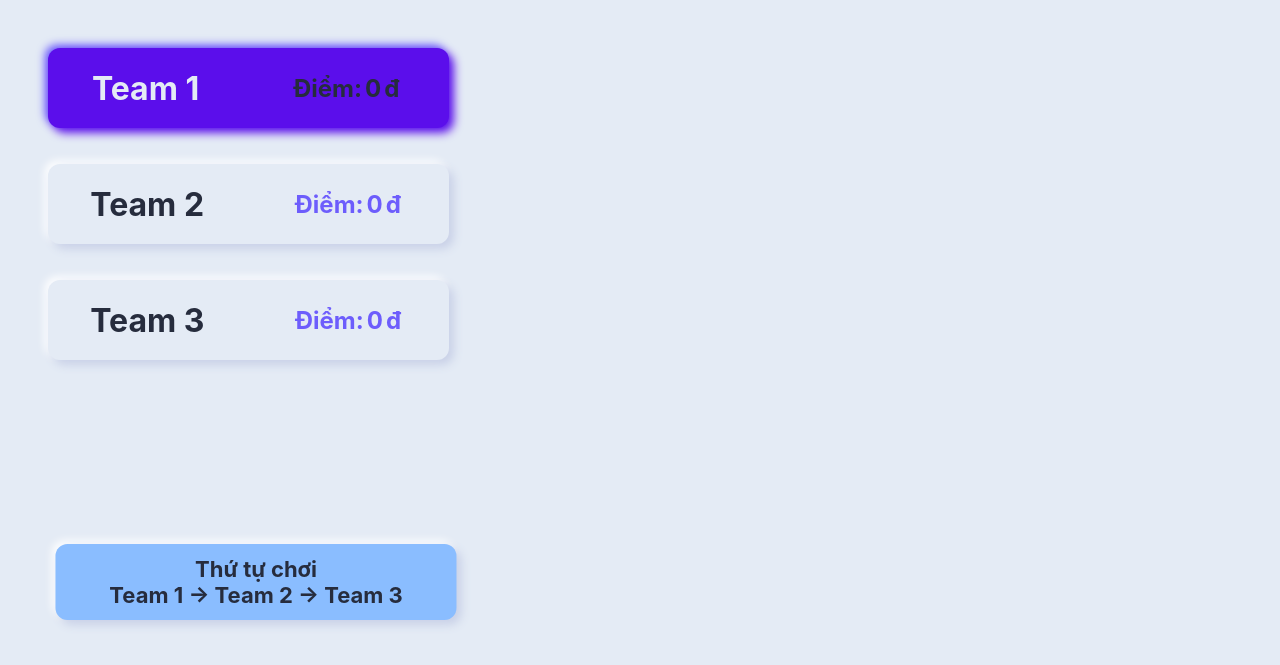
Repository: tinh2044/quzzi_game
Page: /
An editor plug-in stored every save of this project. The page is shown before and after a run of saves, followed by the edit.
The browser window is 1280 px wide. The pictures show the whole page.
The project was rebuilt for these pictures with package versions that can differ from the ones it lists, and the page was loaded fresh each time. Also part of the build but not shown: src/components/Notification.jsx, src/components/AnswerItem.jsx, src/components/Question.jsx, src/components/SortTeam.jsx.

Above is the page before, as saved 2022-12-15 09:21:43.

### src/index.js
import React from 'react';
import ReactDOM from 'react-dom/client';
import './index.css';
import App from './App';
import reportWebVitals from './reportWebVitals';

const root = ReactDOM.createRoot(document.getElementById('root'));
root.render(
  // <React.StrictMode>
  <App />,
  {/* </React.StrictMode> */ }
);

// If you want to start measuring performance in your app, pass a function
// to log results (for example: reportWebVitals(console.log))
// or send to an analytics endpoint. Learn more: https://bit.ly/CRA-vitals
reportWebVitals();

### src/App.css
:root {
    --primary-light: #8abdff;
    --primary: #6d5dfc;
    --primary-dark: #5b0eeb;
    --white: #ffffff;
    --greyLight-1: #e4ebf5;
    --greyLight-2: #c8d0e7;
    --greyLight-3: #bec8e4;
    --greyDark: #9baacf;
    --cl-text: #262c3d;
}
#root {
    height: 100%;
}

body {
    overflow: hidden;
    height: 100vh;
    user-select: none;
}
.App {
    height: 100%;
}
.home {
    position: relative;
    width: 100%;
    height: 100%;
    background: var(--greyLight-1);
    display: flex;
    box-shadow: 0.8rem 0.8rem 1.4rem var(--greyLight-2), -0.2rem -0.2rem 1.8rem var(--white);
}

.team {
    width: 35%;
    height: 100%;
    position: relative;
    padding: 0 12px;
    animation: FadeToLeft 0.8s linear;
}

.team_item {
    position: absolute;
    top: 12px;
    height: 80px;
    width: 85%;
    display: flex;
    align-items: center;
    justify-content: space-around;
    margin: 36px;
    transition: all 0.8s linear;
    border-radius: 12px;
    box-shadow: 0.3rem 0.3rem 0.6rem var(--greyLight-2), -0.2rem -0.2rem 0.5rem var(--white);
    background: #ffffff00;
    color: var(--cl-text);
}
.team_item:nth-child(2) {
    animation-duration: 1.5s;
}
.team_item:nth-child(3) {
    animation-duration: 2.5s;
}
.point {
    display: flex;
    align-items: center;
    color: var(--primary);
    font-weight: bold;
    font-size: 24px;
    margin: 0 3px;
}
.number,
.team_item p {
    margin: 0 3px;
}
.order-team {
    position: absolute;
    left: 50%;
    transform: translateX(-45%);
    bottom: 100px;
    width: 85%;
    padding: 12px 0;
    border-radius: 12px;
    box-shadow: 0.3rem 0.3rem 0.6rem var(--greyLight-2), -0.2rem -0.2rem 0.5rem var(--white);
    background: var(--primary-light);
    font-size: 22px;
    font-weight: bold;
    color: var(--cl-text);
    display: flex;
    flex-direction: column;
    align-items: center;
    justify-content: center;
}
.order-team p {
    margin: 0;
}
.active {
    background: var(--primary-dark);
    color: var(--greyLight-1);
    box-shadow: 0.3rem 0.3rem 0.6rem var(--primary-dark), -0.2rem -0.2rem 0.5rem var(--primary);
}
.active .point,
.active .number {
    color: var(--cl-text);
}
.question {
    width: 50%;
    flex: 1;
    padding: 24px;
}
.question h1 {
    box-shadow: 0.3rem 0.3rem 0.6rem var(--greyLight-2), -0.2rem -0.2rem 0.5rem var(--white);
    border-radius: 12px;
    padding: 4px;
    text-align: center;
    animation: FadeToTop 3s cubic-bezier(0.075, 0.82, 0.165, 1);
}

.answer {
    display: flex;
    flex-wrap: wrap;
    justify-content: space-between;
    padding: 24px;
}
.answer-item {
    width: 40%;
    background: var(--greyLight-3);
    padding: 10px;
    border-radius: 8px;
    transition: background 0.3s linear, opacity 1s ease-out, transform 0.3s linear;
    cursor: pointer;

    box-shadow: 0.3rem 0.3rem 0.6rem var(--greyLight-2), -0.2rem -0.2rem 0.5rem var(--white);
}
.answer-item:hover {
    background: var(--primary-light);
    transform: scale(1.1);
}

.A,
.C {
    animation: FadeToLeft 1s cubic-bezier(0.25, 0.46, 0.45, 0.94);
}

.B,
.D {
    animation: FadeToRight 1s cubic-bezier(0.25, 0.46, 0.45, 0.94);
}
.C,
.D {
    animation-duration: 1.8s;
}

.incorrect {
    background-color: #f44336 !important;
    opacity: 0;
    transition: background 0.3s linear, opacity 1s ease-out, transform 0.8s linear;
    transform: scale(0) !important;
}
.correct {
    background-color: #4caf50 !important;
    transform: scale(1.15);
}
.correct:hover {
    transform: scale(1.15);
}

.note {
    min-height: 36px;
    margin-top: 54px;
    animation: FadeToBottom 4s cubic-bezier(0.075, 0.82, 0.165, 1);
    background: var(--greyLight-1);
    box-shadow: 0.3rem 0.3rem 0.6rem var(--greyLight-2), -0.2rem -0.2rem 0.5rem var(--white);
    padding: 8px;
    border-radius: 12px;
    position: relative;
}

.note p {
    margin: 0;
    font-size: 32px;
    font-weight: bold;
    color: #40485a;
    text-align: center;
}

.overlay {
    width: 100%;
    height: 100%;
    display: flex;
    align-items: center;
    justify-content: center;
}

.sort-team {
    width: 50%;
    height: 40%;
    display: flex;
    flex-direction: column;
    align-items: center;
    background-color: var(--greyLight-1);
    border-radius: 1rem;
    box-shadow: 0.3rem 0.3rem 0.6rem var(--greyLight-2), -0.2rem -0.2rem 0.5rem var(--greyLight-2);
    padding: 12px;
    padding-top: 36px;
    animation: Scale 2s cubic-bezier(0.19, 1, 0.22, 1);
}
.sort-team label {
    width: 80%;
    box-shadow: 0.3rem 0.3rem 0.6rem var(--greyLight-2), -0.2rem -0.2rem 0.5rem var(--greyLight-2);
    padding: 8px;
    font-size: 24px;
    font-weight: bold;
    color: var(--cl-text);
    border-radius: 8px;
    text-align: center;
    cursor: pointer;
}

.sort-team #input {
    height: 42px;
    width: 85%;
    margin: 24px;
    border: none;
    border-radius: 16px;
    font-size: 1.3rem;
    padding-left: 12px;
    box-shadow: inset 0.2rem 0.2rem 0.5rem var(--greyLight-2), inset -0.2rem -0.2rem 0.5rem var(--white);
    color: var(--greyDark);
}
input:focus {
    border: none;
    outline: none;
}

.button-submit {
    width: 35%;
    display: flex;
    align-items: center;
    justify-content: center;
    border-radius: 1rem;
    font-size: 1.5rem;
    padding: 8px 4px;
    color: var(--cl-text);
    font-weight: bold;
    box-shadow: 0.3rem 0.3rem 0.6rem var(--greyLight-2), -0.2rem -0.2rem 0.5rem var(--greyLight-2);
    transition: all 0.3s cubic-bezier(0.47, 0, 0.745, 0.715);
    cursor: pointer;
}
.button-submit:hover {
    transform: scale(1.2);
    box-shadow: 0.3rem 0.3rem 0.6rem var(--greyDark), -0.2rem -0.2rem 0.5rem var(--greyDark);
}
@keyframes FadeToTop {
    0% {
        transform: translateY(-42px);
        opacity: 0;
    }
    100% {
        transform: translateY(0px);
        opacity: 1;
    }
}
@keyframes FadeToBottom {
    0% {
        transform: translateY(100px);
        opacity: 0;
    }
    100% {
        transform: translateY(0px);
        opacity: 1;
    }
}
@keyframes FadeToLeft {
    0% {
        transform: translateX(-100px);
        opacity: 0;
    }
    100% {
        transform: translateY(0px);
        opacity: 1;
    }
}
@keyframes FadeToRight {
    0% {
        transform: translateX(100px);
        opacity: 0;
    }
    100% {
        transform: translateY(0px);
        opacity: 1;
    }
}
@keyframes Scale {
    0% {
        transform: scale(0.3);
        opacity: 0;
    }
    100% {
        transform: scale(1);
        opacity: 1;
    }
}

### src/components/Home.jsx
import React, { useCallback, useLayoutEffect, useState } from 'react'

import Question from './Question'
import Team from './Team'
import SortTeam from './SortTeam'

import listQuestion from '../data'
import { listTeam } from '../data'
import LuckyWheel from './LuckyWheel'

import "../App.css"
function Home() {
  const [newListTeam, setNewListTeam] = useState(listTeam)
  const [activeTeam, setActiveTeam] = useState(1);
  const [crrQuestion, setCrrQuestion] = useState(listQuestion[0])
  const [correct, setCorrect] = useState(false)
  const [showTeam, setShowTeam] = useState(true)
  const [showWheel, setShowWheel] = useState(true)
  const handleNextQuestion = useCallback((e) => {

    if (e.keyCode === 13 && correct) {
      setActiveTeam((prev) => prev < 3 ? prev + 1 : 1)
      setCorrect(false)
      setCrrQuestion((prev) => {
        const crrIndex = listQuestion.indexOf(prev)
        if (crrIndex < listQuestion.length - 1) {
          return listQuestion[crrIndex + 1]
        }
        else return listQuestion[0]
      })
    }
  }, [correct])


  useLayoutEffect(() => {
    window.addEventListener("keyup", handleNextQuestion)

  }, [handleNextQuestion])

  return (
    <div className="home">
      {
        showTeam ? <Team listTeam={newListTeam} activeTeam={activeTeam} correct={correct} />
          : <SortTeam setShowTeam={setShowTeam} setTeam={setNewListTeam} team={newListTeam} />
      }
      {
        showWheel ? <LuckyWheel />
          : <Question
            question={crrQuestion}
            setQuestion={setCrrQuestion}
            lengthListQuestion={listQuestion.length}
            setActiveTeam={setActiveTeam}
            setNewListTeam={setNewListTeam}
            activeTeam={activeTeam}
            setCorrect={setCorrect}
            correct={correct}
            listTeam={newListTeam}
            showTeam={showTeam}
          />
      }




    </div>
  )
}

export default Home

### src/components/Team.jsx
import React from 'react'


import "../App.css"
import TeamItem from './TeamItem'

function Team({ listTeam, activeTeam, correct }) {
  const orderTeam = listTeam.map(item => item.name).join(" -> ")

  return (
    <div className='team'>
      {listTeam.map(item => (
        <TeamItem key={item.id} team={item} activeTeam={activeTeam} correct={correct} />
      ))}
      <div className='order-team'>
        <p >Thứ tự chơi</p>
        {orderTeam}
      </div>
    </div>
  )
}

export default Team

### src/data/index.js
const listQuestion = [
    {
        id: 1,
        nameQuestion: 'Ứng với công thức C4H8O2 có bao nhiêu este là đồng phân của nhau ?',
        answer: {
            A: "2",
            B: "3",
            C: "4",
            D: "5"
        },
        correct: "C",
    },
    {
        id: 2,
        nameQuestion: 'Este có mùi dứa là?',
        answer: {
            A: "isoamyl axetat",
            B: "etyl butirat",
            C: "etyl axetat",
            D: "geranyl axctat"
        },
        correct: "B",
    },
    {
        id: 3,
        nameQuestion: 'Este nào sau đây khi phản ứng với dung dịch NaOH dư, đun nóng không tạo ra hai muối?',
        answer: {
            A: "C6H5COOC6H5 (phenyl benzoat)",
            B: "CH3COO-[CH2]2-OOCCH2CH3",
            C: "CH3OOC-COOCH",
            D: "CH3COOC6H5 (phenyl axetat)"
        },
        correct: "C",
    },
    {
        id: 4,
        nameQuestion: 'Đun nóng este HCOOCH3 với một lượng vừa đủ dung dịch NaOH, sản phẩm thu được là?',
        answer: {
            A: "CH3COONa và C2H5OH",
            B: "HCOONa và CH3OH",
            C: "HCOONa và C2H5OH",
            D: "CH3COONa và CH3OH"
        },
        correct: "B",
    },
    {
        id: 5,
        nameQuestion: 'Este X chứa vòng benzen có công thức phân từ là C8H8C2. số công thức cấu tạo của X là ',
        answer: {
            A: "3",
            B: "4",
            C: "5",
            D: "6"
        },
        correct: "D",
    },
    {
        id: 6,
        nameQuestion: 'Xà phòng hoá chất nào sau đây thu được glixerol?',
        answer: {
            A: "tristearin",
            B: "metyl axetat",
            C: "metyl fomat",
            D: "benzyl axetat"
        },
        correct: "A",
    },
    {
        id: 7,
        nameQuestion: 'Chất nào sau đây có phân tử khối lớn nhất ?',
        answer: {
            A: "triolein ",
            B: "tripanmitin ",
            C: " tristearin",
            D: "trilinolein"
        },
        correct: "B",
    },
    {
        id: 8,
        nameQuestion: 'Nước ta nằm ở vị trí: ?',
        answer: {
            A: "rìa phía Đông của bán đảo Đông Dương ",
            B: "rìa phía Tây của bán đảo Đông Dương ",
            C: "trung tâm châu Á",
            D: "phía đông Đông Nam Á"
        },
        correct: "A",
    }, {
        id: 9,
        nameQuestion: 'Nằm ở rìa phía Đông của bán đảo Đông Dương là nước: ?',
        answer: {
            A: "Lào ",
            B: "Campuchia ",
            C: "Việt Nam",
            D: "Mi-an-ma"
        },
        correct: "C",
    }, {
        id: 10,
        nameQuestion: 'Điểm cực Bắc của nước ta là xã Lũng Cú thuộc tỉnh: ?',
        answer: {
            A: "Cao Bằng ",
            B: " Hà Giang ",
            C: "Yên Bái",
            D: "Lạng Sơn"
        },
        correct: "B",
    }, {
        id: 11,
        nameQuestion: 'Điểm cực Đông của nước ta là xã Vạn Thạnh thuộc tỉnh: ?',
        answer: {
            A: " Ninh Thuận ",
            B: " Khánh Hòa ",
            C: " Đà Nẵng",
            D: "Phú Yên"
        },
        correct: "B",
    }, {
        id: 12,
        nameQuestion: 'Ở tỉnh Khánh Hòa có một đặc điểm tự nhiên rất đặc biệt là: ?',
        answer: {
            A: "Là tỉnh duy nhất có nhiều đảo ",
            B: "Là tỉnh có điểm cực Đông nước ta ",
            C: "Là tỉnh có nhiều hải sản nhất",
            D: "Là tỉnh có nhiều than nhất"
        },
        correct: "B",
    },
    {
        id: 13,
        nameQuestion: 'Đặc điểm nào sau đây không đúng với lãnh thổ nước ta ?',
        answer: {
            A: "Nằm hoàn toàn trong vùng nhiệt đới nửa cầu Bắc ",
            B: "Nằm trọn trong múi giờ số 8 ",
            C: "Nằm trong vùng có khí hậu nhiệt đới ẩm gió mùa",
            D: "Nằm trong vùng chịu ảnh hưởng của gió Mậu dịch "
        },
        correct: "B",
    },

]

export const listTeam = [{
    name: "Team 1",
    points: 0,
    rank: 1,
    id: 1,
}, {
    name: "Team 2",
    points: 0,
    rank: 2,
    id: 2,
}, {
    name: "Team 3",
    points: 0,
    rank: 3,
    id: 3,
}]
export const listPoints = [10, 5, 20, -5, 15, 10, 5, 20, -5, 15, 10, 5, 20, -5, 15, 10, 5, 20, -5, 15, 10, 5, 20, -5, 15, 10, 5, 20, -5, 15, 10, 5, 20, -5, 15, 10, 5, 20, -5, 15]


export default listQuestion

### src/components/LuckyWheel.jsx
import React from 'react'


const listChar = ["A", "B", "C", "D", "E", "F", "G", "H", "I", "J", "K", "L", "M", "N", "O", "P", "Q", "R", "S", "T", "U", "V", "X", "Y", "W"]
function LuckyWheel() {

    console.log(listChar.length)


    return (
        <p></p>
    )
}

export default LuckyWheel

### src/components/TeamItem.jsx
import React, { useEffect, useState } from 'react'
import CountUp from "react-countup"

function TeamItem({ team, activeTeam, correct }) {
    const [showTeam, setShowTeam] = useState(false)
    const [crrPoint, setCrrPoint] = useState(0)
    useEffect(() => {
        setTimeout(() => {
            setShowTeam(true)
        }, 300 * team.id);
    }, [team])
    return (
        <div key={team.id} className={`team_item ${team.id === activeTeam ? "active" : ""}`} style={{ transform: `translate(${!showTeam ? -500 : 0}px,${116 * (team.rank - 1)}px)` }}>
            <h1>{team.name}</h1>
            <div className='point'>
                <p>Điểm: </p>
                {
                    crrPoint !== team.points ? <CountUp separator='' className='number' end={team.points} start={crrPoint} duration={1.5} onEnd={() => setCrrPoint(team.points)} />
                        : crrPoint
                }
                <p>đ</p>
            </div>
        </div>
    )
}

export default TeamItem

Loaded but not shown: public/index.html (common file); src/index.css (common file); src/App.js (common file); src/reportWebVitals.js (common file)

After the next 2 saves:
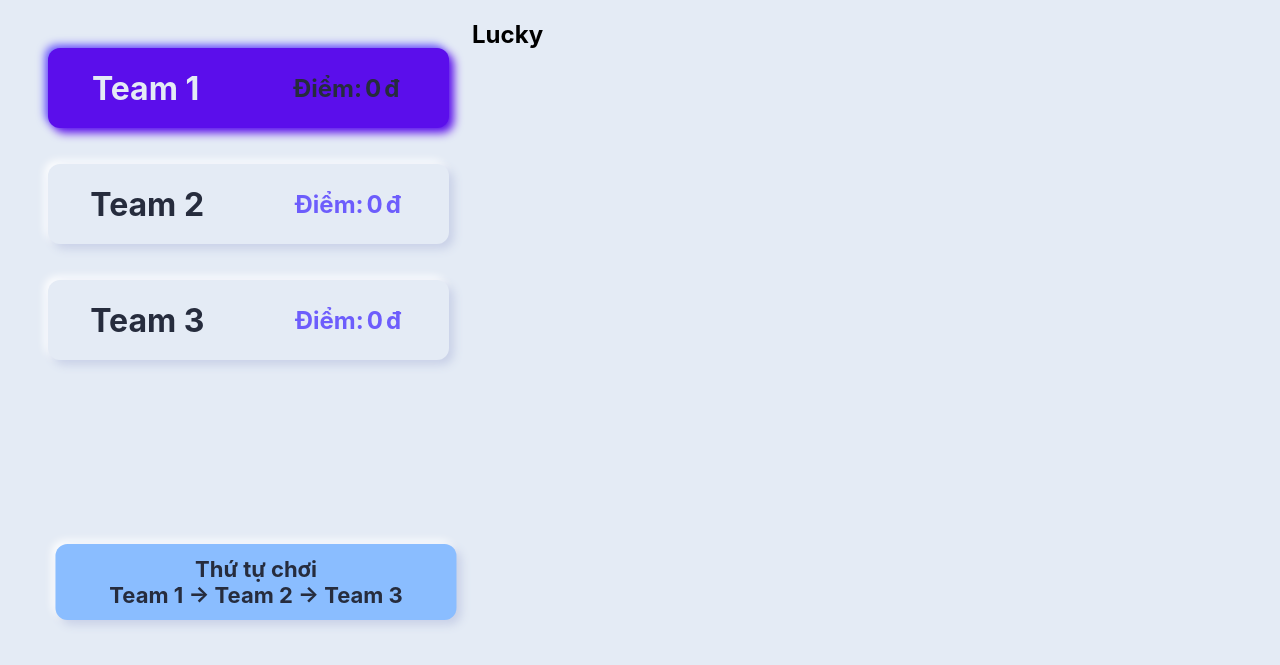
The 2 saves are shown as one change because 1 did not build or start.
The last was saved 12 min 38 s later.
--- a/src/components/LuckyWheel.jsx
+++ b/src/components/LuckyWheel.jsx
@@ -8,7 +8,16 @@ function LuckyWheel() {
 
 
     return (
-        <p></p>
+        <div className='lucky'>
+            <h2>Lucky</h2>
+
+            <div className='item'>
+                <div className='char A'></div>
+                <div className='char B'></div>
+                <div className='char C'></div>
+                <div className='char D'></div>
+            </div>
+        </div>
     )
 }
 
